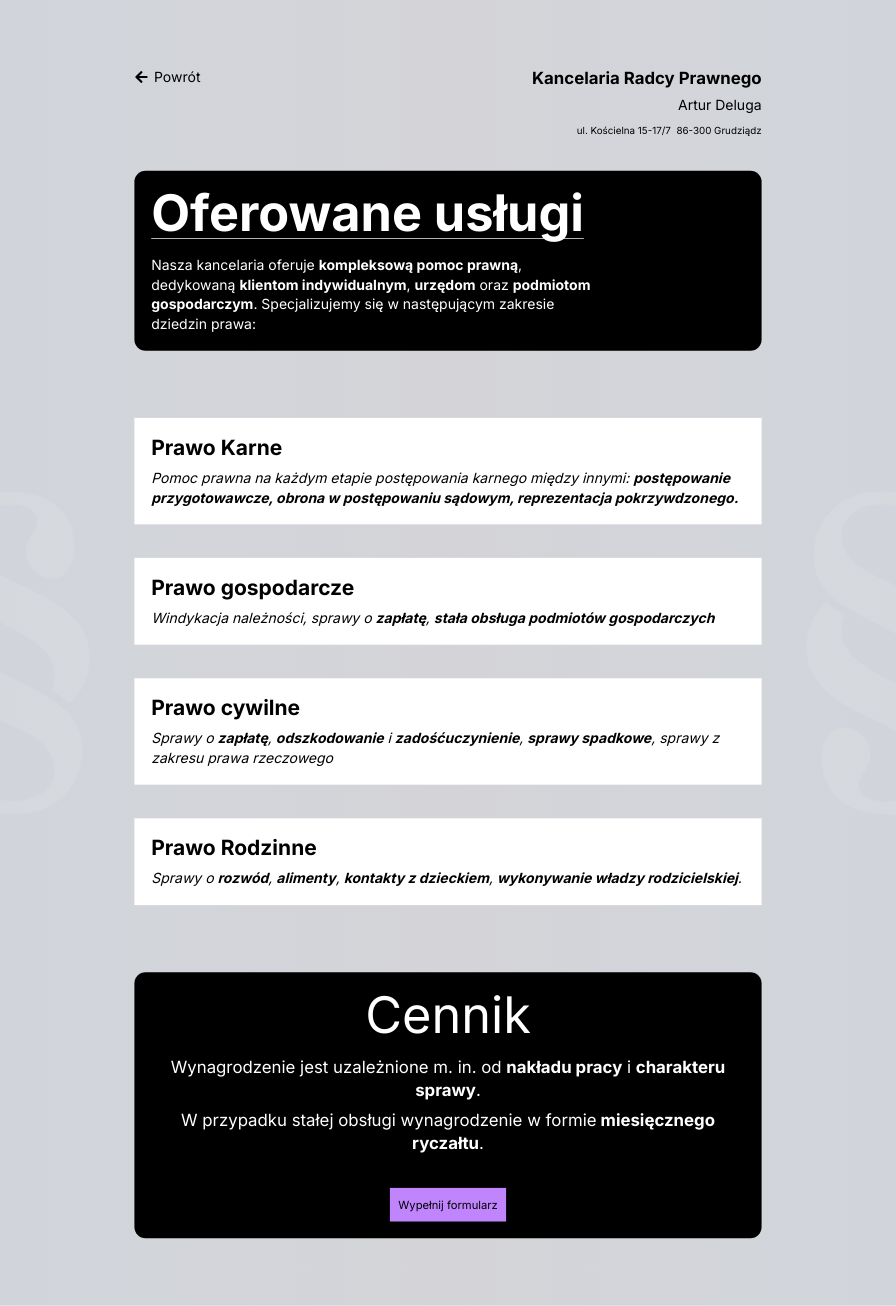
Repository: wesiudev/kancelaria-artur-deluga
Page: /oferta
The author's editor kept a copy of each file at every save. The page is drawn from the files as they stood at one save, then again after the next save.
The browser window is 1280 px wide. The pictures show the whole page, at 70% of full size.
The project was rebuilt for these pictures with package versions that can differ from the ones it lists, and the page was loaded fresh each time. The framework's server and built-in components were replaced by stand-ins that run in the browser. Also part of the build but not shown: next.config.js.

Above is the page before, as saved 2023-08-09 16:37:25.

### app/layout.tsx
import "./globals.css";
import type { Metadata } from "next";
import { Inter } from "next/font/google";

const inter = Inter({ subsets: ["latin"] });

export const metadata: Metadata = {
  title: "Kancelaria Radcy Prawnego Artur Deluga",
  description:
    "Kancelaria Radcy Prawnego Grudziądz Prawo Karne, Pracwo cywilne, Prawo gospodarcze, Prawo Rodzinne. ul. Kościelna 15-17/7 86-300 Grudziądz. Pomoc prawna na każdym etapie postępowania karnego (postępowanie przygotowawcze, obrona w postępowaniu sądowym, reprezentacja pokrzywdzonego, etc.)",
  viewport: "width=device-width, initial-scale=1",
  icons: {
    icon: "/favicon.png",
  },
};

export default function RootLayout({
  children,
}: {
  children: React.ReactNode;
}) {
  return (
    <html lang="pl" className="scroll-smooth ">
      <body className={inter.className}>{children}</body>
    </html>
  );
}

### app/oferta/page.tsx
"use client";
import Image from "next/image";
import paragraphImage from "@/app/assets/paragraph.png";
import Link from "next/link";
import { FaArrowLeft } from "react-icons/fa";
import { useState } from "react";
const sendContactForm = async (data: any) =>
  fetch("/api/mail", {
    method: "POST",
    body: JSON.stringify(data),
    headers: { "Content-Type": "application/json", Accept: "application/json" },
  }).then((res) => {
    if (!res.ok) throw new Error("Failed to send message");
    return res.json();
  });

export default function OfferMobile() {
  const [isContactOpen, setContactOpen] = useState(false);
  const [firstName, setFirstName] = useState<string>("");
  const [email, setEmail] = useState<string>("");
  const [message, setMessage] = useState<string>("");

  const onSubmit = async () => {
    try {
      await sendContactForm({
        firstName: firstName,
        email: email,
        message: message,
      });
    } catch (error) {}
  };
  return (
    <div className="w-full mx-auto z-[2000] bg-gradient-to-r from-gray-300 via-zinc-300 to-gray-300 overflow-x-hidden text-black">
      <div className="flex flex-col space-x-[100px] min-h-screen items-center py-24">
        <div className="flex flex-col w-[85vw] lg:w-[70vw] 2xl:w-[60vw] min-h-screen justify-center ">
          <Image
            src={paragraphImage}
            alt="Paragraf obrazek w tle"
            width={224}
            height={224}
            className="fixed opacity-10 -left-24 "
          />
          <Image
            src={paragraphImage}
            alt="Paragraf obrazek w tle"
            width={224}
            height={224}
            className="fixed opacity-10 -right-24 rotate-180"
          />
          <div className="flex flex-col justify-between w-full">
            <div className="flex flex-row justify-between">
              <div className="w-1/2">
                <Link
                  className="group flex flex-row items-center mb-12 text-xl w-max"
                  href="/"
                >
                  <FaArrowLeft className="mr-2" />
                  <span className="hover:underline hover:underline-offset-4">
                    {" "}
                    Powrót
                  </span>
                </Link>
              </div>
              <div>
                <h1 className="text-xl lg:text-2xl text-right sm:text-left font-bold">
                  Kancelaria Radcy Prawnego
                </h1>
                <div className="w-full flex justify-end">
                  <h2 className="text-xl mb-12 lg:mb-0 mt-2">Artur Deluga</h2>
                </div>
                <div
                  className={` flex-row space-x-2 text-sm justify-end mt-3 mb-12 hidden lg:flex`}
                >
                  <div>ul. Kościelna 15-17/7</div>
                  <div>86-300 Grudziądz</div>
                </div>
              </div>
            </div>

            <div className="p-6 rounded-2xl bg-black text-white">
              <div className="w-max">
                <h1 className="w-max text-4xl md:text-5xl lg:text-7xl  font-bold">
                  Oferowane usługi
                </h1>
                <div className="h-px w-full mb-6 bg-white" />
              </div>

              <h2 className="text-left text-xl w-full lg:w-3/4 ">
                Nasza kancelaria oferuje{" "}
                <span className="font-bold"> kompleksową pomoc prawną</span>,
                dedykowaną{" "}
                <span className="font-bold">klientom indywidualnym</span>,{" "}
                <span className="font-bold">urzędom</span> oraz{" "}
                <span className="font-bold">podmiotom gospodarczym</span>.
                Specjalizujemy się w następującym zakresie dziedzin prawa:
              </h2>
            </div>
          </div>
          <div className="relative text-black flex flex-col space-y-12 mt-24">
            <div className="max-h-[50vh] border-0 hover:scale-105 duration-300 hover:bg-opacity-100 cursor-default   bg-white  flex flex-col p-6 justify-between">
              <h1 className="text-xl lg:text-3xl font-bold">Prawo Karne</h1>
              <p className="text-sm sm:text-xl mt-3 italic">
                Pomoc prawna na każdym etapie postępowania karnego między
                innymi:{" "}
                <span className="font-bold">
                  postępowanie przygotowawcze, obrona w postępowaniu sądowym,
                  reprezentacja pokrzywdzonego.
                </span>
              </p>
            </div>
            <div className="max-h-[50vh] border-0 hover:scale-105 duration-300 hover:bg-opacity-100 cursor-default   bg-white  flex flex-col justify-between p-6">
              <h1 className="text-xl lg:text-3xl font-bold">
                Prawo gospodarcze
              </h1>
              <p className="text-sm sm:text-xl mt-3 italic">
                Windykacja należności, sprawy o{" "}
                <span className="font-bold">zapłatę</span>,{" "}
                <span className="font-bold">
                  stała obsługa podmiotów gospodarczych
                </span>
              </p>
            </div>

            <div className="max-h-[50vh] border-0 hover:scale-105 duration-300 hover:bg-opacity-100 cursor-default  bg-white  flex flex-col p-6 justify-between">
              <h1 className="text-xl lg:text-3xl font-bold">Prawo cywilne</h1>
              <p className="text-sm sm:text-xl mt-3 italic">
                Sprawy o <span className="font-bold">zapłatę</span>,{" "}
                <span className="font-bold">odszkodowanie</span> i{" "}
                <span className="font-bold">zadośćuczynienie</span>,{" "}
                <span className="font-bold">sprawy spadkowe</span>, sprawy z
                zakresu prawa rzeczowego
              </p>
            </div>
            <div className="max-h-[50vh] border-0 hover:scale-105 duration-300 hover:bg-opacity-100 cursor-default   bg-white  flex flex-col p-6 justify-between">
              <h1 className="text-xl lg:text-3xl font-bold">Prawo Rodzinne</h1>
              <p className="text-sm sm:text-xl mt-3 italic">
                Sprawy o <span className="font-bold">rozwód</span>,{" "}
                <span className="font-bold">alimenty</span>,{" "}
                <span className="font-bold">kontakty z dzieckiem</span>,{" "}
                <span className="font-bold">
                  wykonywanie władzy rodzicielskiej
                </span>
                .
              </p>
            </div>
          </div>
          <div className="text-white flex flex-col h-max my-auto px-3 lg:px-12  text-center relative w-full mt-12  lg:mx-auto lg:mt-24 bg-black  lg:py-6 rounded-2xl">
            <h1 className="text-5xl lg:text-7xl ">Cennik</h1>
            <p className="mt-6 text-base lg:text-2xl">
              Wynagrodzenie jest uzależnione m. in. od{" "}
              <span className="font-bold"> nakładu pracy</span> i{" "}
              <span className="font-bold">charakteru sprawy</span>.
            </p>
            <p className="mt-3 text-sm lg:text-2xl">
              W przypadku stałej obsługi wynagrodzenie w formie
              <span className="font-bold"> miesięcznego ryczałtu</span>.
            </p>
            <button
              onClick={() => setContactOpen(true)}
              className=" p-3 bg-purple-400 hover:bg-purple-300 duration-300 text-black mt-12 w-max mx-auto"
            >
              Wypełnij formularz
            </button>
          </div>
          <div
            className={` flex-row space-x-2 text-sm justify-center mt-12 flex lg:hidden z-[1000]`}
          >
            <div>ul. Kościelna 15-17/7</div>
            <div>86-300 Grudziądz</div>
          </div>
        </div>
      </div>
      <div
        className={`w-[80vw] fixed left-[50%] -translate-x-[50%] top-[50%] -translate-y-[50%] bg-gradient-to-bl from-black to-zinc-800 lg:w-max h-max px-12 rounded-3xl py-6 duration-300 ${
          isContactOpen ? "z-[2000] opacity-100" : "z-[-1000] opacity-0"
        }`}
      >
        <h1 className="text-3xl text-center">Kontakt</h1>

        <div className="flex flex-col space-y-3 mt-6 lg:mt-12">
          <div className="flex flex-col lg:flex-row lg:space-x-3">
            <div className="flex flex-col">
              Imię{" "}
              <input
                onChange={(e) => setFirstName(e.target.value)}
                value={firstName}
                id="fName"
                type="text"
                className="mt-2 text-black"
              />
            </div>
            <div className="flex flex-col mt-3 lg:mt-0">
              Email{" "}
              <input
                onChange={(e) => setEmail(e.target.value)}
                value={email}
                type="text"
                className="mt-2 text-black"
              />
            </div>
          </div>
          <div className="flex flex-col mt-2">
            Treść{" "}
            <textarea
              onChange={(e) => setMessage(e.target.value)}
              value={message}
              className="h-full resize-none text-black"
            ></textarea>
          </div>
        </div>
        <div className="w-full flex space-x-3">
          <button
            onClick={() => setContactOpen(false)}
            className="w-1/2 hover:underline py-2 mt-8"
          >
            Powrót
          </button>
          <button
            onClick={onSubmit}
            className="w-1/2 bg-purple-400 hover:bg-purple-300 duration-300 py-2 mt-8"
          >
            Wyślij
          </button>
        </div>
      </div>
    </div>
  );
}

### app/globals.css
@tailwind base;
@tailwind components;
@tailwind utilities;

:root {
  --foreground-rgb: 0, 0, 0;
  --background-start-rgb: 214, 219, 220;
  --background-end-rgb: 255, 255, 255;
}

@media (prefers-color-scheme: dark) {
  :root {
    --foreground-rgb: 255, 255, 255;
    --background-start-rgb: 0, 0, 0;
    --background-end-rgb: 0, 0, 0;
  }
}

body {
  color: rgb(var(--foreground-rgb));
  background: linear-gradient(
      to bottom,
      transparent,
      rgb(var(--background-end-rgb))
    )
    rgb(var(--background-start-rgb));
}

.expand {
  position: relative;
  text-decoration: none;
  display: inline-block;
}
.expand:after {
  display: block;
  content: "";
  border-bottom: solid 3px white;
  transform: scaleX(0);
  transition: transform 250ms ease-in-out;
  transform-origin: 100% 50%;
}
.expand:hover:after {
  transform: scaleX(1);
  transform-origin: 0 50%;
}

.caps {
  font-variant: small-caps;
}
html {
  scroll-behavior: smooth;
  color: #1a1a1a;
}

Loaded but not shown: tailwind.config.js (common file)

After the next save:
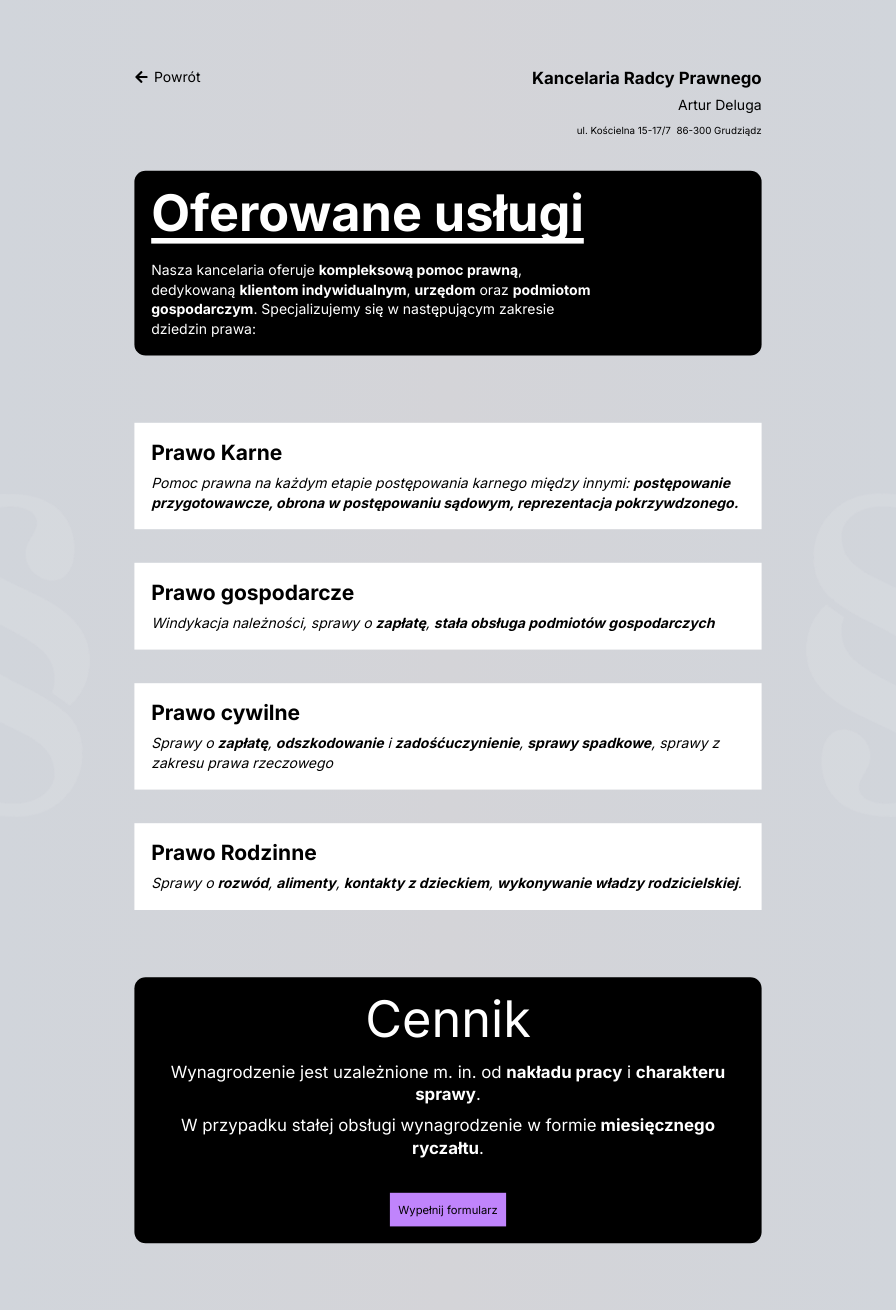
Saved 14 s later.
--- a/app/oferta/page.tsx
+++ b/app/oferta/page.tsx
@@ -82,7 +82,7 @@ export default function OfferMobile() {
                 <h1 className="w-max text-4xl md:text-5xl lg:text-7xl  font-bold">
                   Oferowane usługi
                 </h1>
-                <div className="h-px w-full mb-6 bg-white" />
+                <div className="h-2 w-full mb-6 bg-white" />
               </div>
 
               <h2 className="text-left text-xl w-full lg:w-3/4 ">
